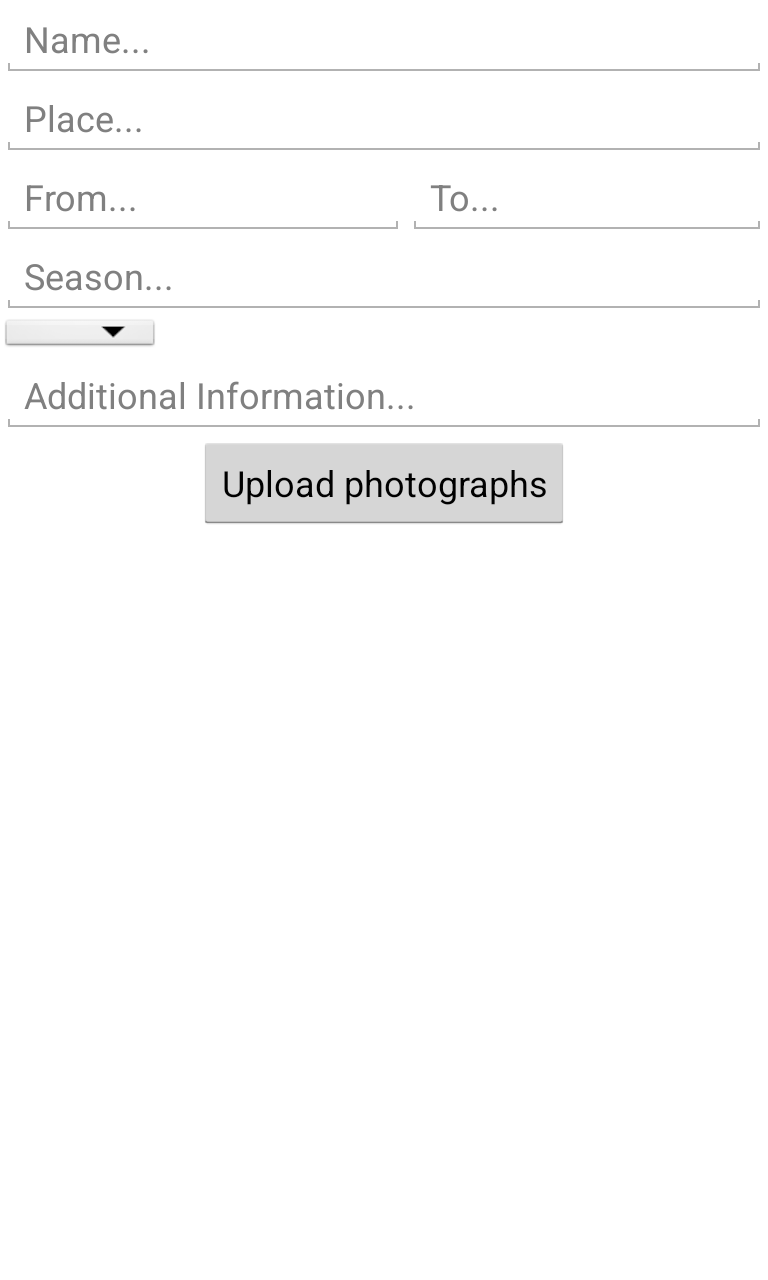
Repository: sandeshshetty/TravelZeus
Layout: TravelZeus/res/layout/fragment_insert_info.xml
The author's editor kept a copy of each file at every save. The layout is drawn from the files as they stood at one save, then again after the next save.
It is drawn on a 768 x 1280 px phone screen (xhdpi) without system bars, with theme AppTheme; the app's code is not run.

Above is the layout before, as saved 2015-05-17 03:07:54.

After the next save:
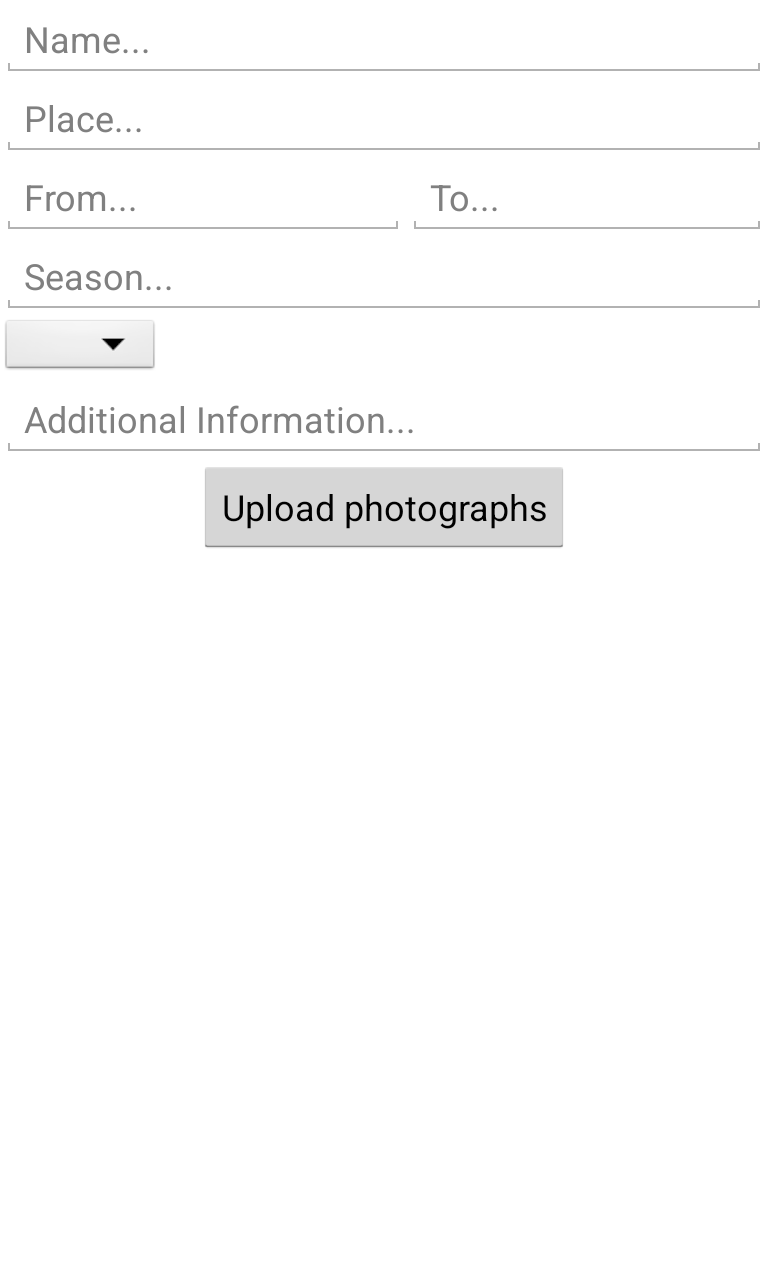
Saved 10 s later.
--- a/TravelZeus/res/layout/fragment_insert_info.xml
+++ b/TravelZeus/res/layout/fragment_insert_info.xml
@@ -56,7 +56,7 @@
 
    <Spinner
        android:id="@+id/userInput"
-       android:layout_height="20sp"
+       android:layout_height="32dp"
        android:layout_width="wrap_content"
         android:background="@android:drawable/btn_dropdown"
         android:spinnerMode="dropdown"
